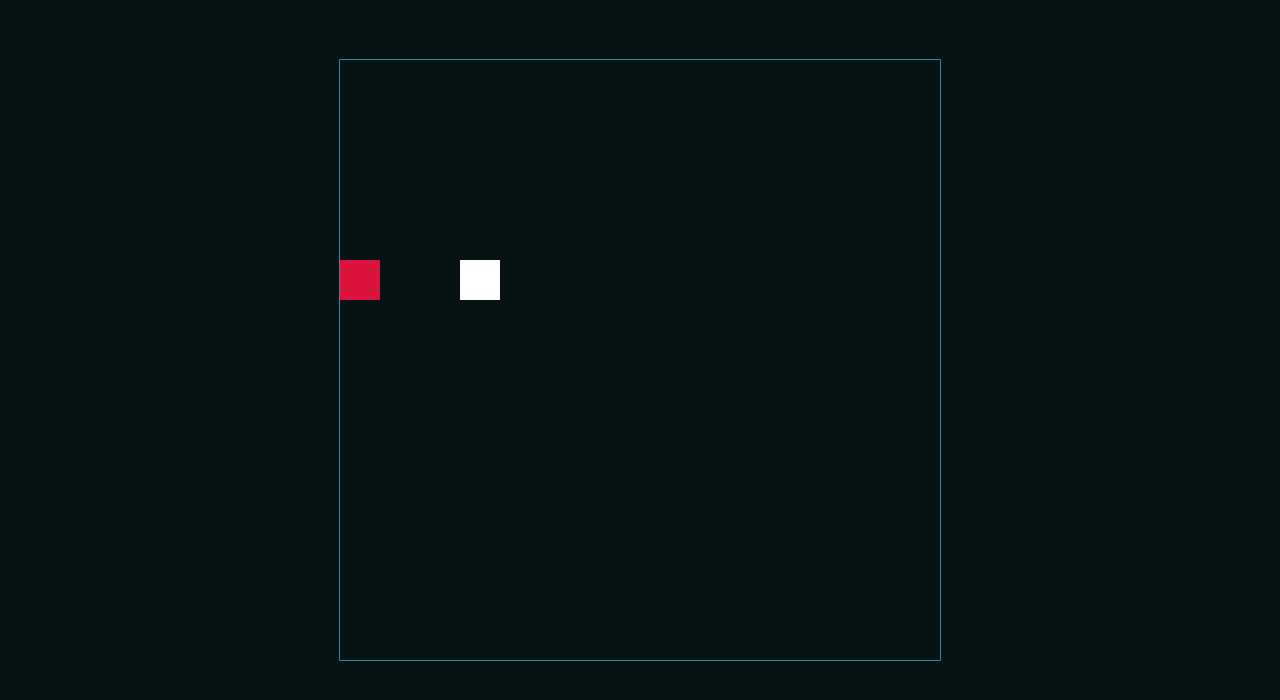
Repository: rehans-Life/linkedlist-snake-game
Page: /
These files come from the project's save history. The page is drawn as it stood at one moment and after the next save; the edit follows.
The browser window is 1280 px wide. The pictures show the whole page.
The project was rebuilt for these pictures with package versions that can differ from the ones it lists, and the page was loaded fresh each time. The framework's server and built-in components were replaced by stand-ins that run in the browser. Also part of the build but not shown: next.config.js.

Above is the page before, as saved 2023-04-16 01:49:02.

### pages/index.js
import Head from "next/head";
import styles from "../styles/Home.module.css";
import Board from "../components/Board";

export default function Home() {
  return (
    <div className={styles.container}>
      <Head>
        <title>Linked List Snake Game</title>
        <meta name="description" content="linked list snake game" />
        <link rel="icon" href="/favicon.ico" />
      </Head>
      <Board />
    </div>
  );
}

### styles/globals.css
html,
body {
  padding: 0;
  margin: 0;
  font-family: -apple-system, BlinkMacSystemFont, Segoe UI, Roboto, Oxygen,
    Ubuntu, Cantarell, Fira Sans, Droid Sans, Helvetica Neue, sans-serif;
}

a {
  color: inherit;
  text-decoration: none;
}

* {
  box-sizing: border-box;
}

button {
  margin: 0;
  padding: 0;
}

### styles/Home.module.css
.container {
  background-color: rgb(7, 18, 21);
  height: 100vh;
  display: flex;
  align-items: center;
  justify-content: center;
}

.board {
  border: 1px solid rgb(62, 131, 154);
}

.row {
  display: flex;
  align-items: center;
  justify-content: center;
}

.cell {
  width: 40px;
  height: 40px;
}

.snake_cell {
  background-color: green;
}

.food_cell {
  background-color: crimson;
}

.reverse_cell {
  background-color: purple;
}

.head {
  background-color: white;
}

### components/Board.jsx
/* eslint-disable react-hooks/exhaustive-deps */
import React, { useEffect, useState } from "react";
import styles from "../styles/Home.module.css";
import { createBoard, randomIntInIntervel } from "../utils";

const BOARD_SIZE = 10;

// A Class to represent each node of the linked list
class Node {
  constructor(value, row, col) {
    this.value = value;
    this.row = row;
    this.col = col;
    this.next = null;
  }
}

// A class to represent the singly linked list
class SinglyLinkedList {
  constructor(head) {
    let node = new Node(head.value, head.row, head.col);
    this.head = node;
    this.tail = node;
  }
}

const Direction = {
  UP: "UP",
  RIGHT: "RIGHT",
  DOWN: "DOWN",
  LEFT: "LEFT",
};

const reverseDirection = {
  UP: "DOWN",
  RIGHT: "LEFT",
  DOWN: "UP",
  LEFT: "RIGHT",
};

export default function Board() {
  const [board, setBoard] = useState(createBoard(15));

  // A set to store the values of all snake cells intially our snake will be of size
  // one cell and start from the 44th cells.
  const [snakeCells, setSnakeCells] = useState(new Set([80]));

  // A linked list for our snake initally going to have only one node which
  // is at cell 44.
  const [linkedlist, setLinkedList] = useState(
    new SinglyLinkedList({ value: 80, row: 5, col: 4 })
  );

  const [foodCell, setFoodCell] = useState(85);
  const [direction, setDirection] = useState(Direction.RIGHT);

  const [reverseLinkedList, setReverseLinkedList] = useState(false);

  useEffect(() => {
    window.addEventListener("keydown", (e) => {
      handleKeyDown(e.key);
    });
    let gameStartInternal = setInterval(() => {
      setLinkedList((currLinkedList) => moveLinkedList(currLinkedList));
    }, 250);
    return () => {
      clearInterval(gameStartInternal);
    };
  }, [direction, foodCell, snakeCells]);

  useEffect(() => {
    setSnakeCells((currSnakeCells) => moveSnakeCells(currSnakeCells));
  }, [linkedlist]);

  function handleKeyDown(key) {
    const direction = getDirectionFromKey(key);
    if (direction === "") return;
    setDirection(direction);
  }

  const getDirectionFromKey = (key) => {
    if (key === "ArrowUp") return Direction.UP;
    if (key === "ArrowRight") return Direction.RIGHT;
    if (key === "ArrowDown") return Direction.DOWN;
    if (key === "ArrowLeft") return Direction.LEFT;
    return "";
  };

  function moveLinkedList(originalLinkedlist) {
    let linkedList = copyLinkedList(originalLinkedlist);
    let currHead = linkedList.head;
    let newHead = createNewNodeInDirection(board, currHead);

    if (!newHead) {
      setFoodCell(85);
      setDirection(Direction.RIGHT);
      return new SinglyLinkedList({ value: 80, row: 5, col: 4 });
    }

    currHead.next = newHead;
    if (newHead.value === foodCell) {
      if (reverseLinkedList) {
        let reversedLinkedList = createReverseLinkedList(linkedList);
        let newDirection = newReverseDirection(originalLinkedlist.tail);
        setDirection(newDirection);
        while (true) {
          let newFoodCell = randomIntInIntervel(1, board[14][14]);
          if (!snakeCells.has(newFoodCell)) {
            setReverseLinkedList(Math.random() < 0.3);
            setFoodCell(newFoodCell);
            break;
          }
        }
        return { head: reversedLinkedList.head, tail: currHead };
      }

      let growthCell = createNewNodeForGrowth(board, linkedList.tail);
      let temp = linkedList.tail;
      linkedList.tail = growthCell;
      linkedList.tail.next = temp;

      while (true) {
        let newFoodCell = randomIntInIntervel(1, board[14][14]);
        if (!snakeCells.has(newFoodCell)) {
          setReverseLinkedList(Math.random() < 0.3);
          setFoodCell(newFoodCell);
          break;
        }
      }
    }
    return { head: newHead, tail: linkedList.tail.next };
  }

  function newReverseDirection(currHead) {
    let newDirection;
    let nextToHead = currHead.next;

    if (!nextToHead) {
      if (direction === "RIGHT") newDirection = reverseDirection["RIGHT"];
      else if (direction === "LEFT") newDirection = reverseDirection["LEFT"];
      else if (direction === "UP") newDirection = reverseDirection["UP"];
      else newDirection = reverseDirection["DOWN"];
      return newDirection;
    }

    if (direction === "RIGHT") {
      if (nextToHead.col === currHead.col - 1) {
        newDirection = "RIGHT";
      } else {
        newDirection = "LEFT";
      }
    }

    if (direction === "LEFT") {
      if (nextToHead.col === currHead.col + 1) {
        newDirection = "LEFT";
      } else {
        newDirection = "RIGHT";
      }
    }

    if (direction === "UP") {
      if (nextToHead.row === currHead.row + 1) {
        newDirection = "UP";
      } else {
        newDirection = "DOWN";
      }
    }

    if (direction === "DOWN") {
      if (nextToHead.row === currHead.row - 1) {
        newDirection = "DOWN";
      } else {
        newDirection = "UP";
      }
    }
    return newDirection;
  }

  function createReverseLinkedList(linkedList) {
    let tail = linkedList.tail;
    let curr = null;
    let prev = tail;

    while (prev) {
      let temp = prev.next;
      prev.next = curr;
      curr = prev;
      prev = temp;
    }

    return { head: tail, tail: curr };
  }

  function createNewNodeForGrowth(board, currTail) {
    let newTail;
    if (direction === "LEFT")
      newTail = new Node(
        board[currTail.row][currTail.col + 1],
        currTail.row,
        currTail.col + 1
      );
    else if (direction === "RIGHT")
      newTail = new Node(
        board[currTail.row][currTail.col - 1],
        currTail.row,
        currTail.col - 1
      );
    else if (direction === "DOWN") {
      if (currTail.row - 1 < 0) {
        newTail = new Node(
          board[currTail.row + 1][currTail.col],
          currTail.row + 1,
          currTail.col
        );
      } else {
        newTail = new Node(
          board[currTail.row - 1][currTail.col],
          currTail.row - 1,
          currTail.col
        );
      }
    } else if (direction === "UP") {
      if (currTail.row + 1 >= 15) {
        newTail = new Node(
          board[currTail.row - 1][currTail.col],
          currTail.row - 1,
          currTail.col
        );
      } else {
        newTail = new Node(
          board[currTail.row + 1][currTail.col],
          currTail.row + 1,
          currTail.col
        );
      }
    }

    return newTail;
  }

  function createNewNodeInDirection(board, currHead) {
    let newHead = false;
    if (
      direction === "LEFT" &&
      currHead.col - 1 >= 0 &&
      !snakeCells.has(board[currHead.row][currHead.col - 1])
    )
      newHead = new Node(
        board[currHead.row][currHead.col - 1],
        currHead.row,
        currHead.col - 1
      );
    else if (
      direction === "RIGHT" &&
      currHead.col + 1 < 15 &&
      !snakeCells.has(board[currHead.row][currHead.col + 1])
    )
      newHead = new Node(
        board[currHead.row][currHead.col + 1],
        currHead.row,
        currHead.col + 1
      );
    else if (
      direction === "DOWN" &&
      currHead.row + 1 < 15 &&
      !snakeCells.has(board[currHead.row + 1][currHead.col])
    )
      newHead = new Node(
        board[currHead.row + 1][currHead.col],
        currHead.row + 1,
        currHead.col
      );
    else if (
      direction === "UP" &&
      currHead.row - 1 >= 0 &&
      !snakeCells.has(board[currHead.row - 1][currHead.col])
    )
      newHead = new Node(
        board[currHead.row - 1][currHead.col],
        currHead.row - 1,
        currHead.col
      );
    return newHead;
  }

  function copyLinkedList(linkedList) {
    let node = linkedList.tail;
    let newNode = new Node(node.value, node.row, node.col);
    let newTail = newNode;
    while (node.next) {
      let next = node.next;
      let newNext = new Node(next.value, next.row, next.col);
      node = next;
      newNode.next = newNext;
      newNode = newNext;
    }
    return {
      head: newNode,
      tail: newTail,
    };
  }

  function moveSnakeCells() {
    let movedSnake = [];
    let node = linkedlist.tail;

    while (node) {
      movedSnake.push(node.value);
      node = node.next;
    }
    movedSnake.reverse();
    return new Set(movedSnake);
  }

  return (
    <div className={styles.board}>
      {board.map((row, i) => (
        <div key={i} className={styles.row}>
          {row.map((value, j) => (
            <div
              key={j}
              className={`${styles.cell} ${
                linkedlist.head.value === value
                  ? styles.head
                  : snakeCells.has(value)
                  ? styles.snake_cell
                  : reverseLinkedList && value === foodCell
                  ? styles.reverse_cell
                  : value === foodCell
                  ? styles.food_cell
                  : ""
              }`}
            ></div>
          ))}
        </div>
      ))}
    </div>
  );
}

### utils.js
export const randomIntInIntervel = (max, min) => {
  return Math.floor(Math.random() * (max - min + 1)) + min;
};

export const createBoard = (board_size) => {
  // All the cells which have a certain value assigned to them
  let board = [];
  let counter = 1;
  for (let i = 0; i < board_size; i++) {
    let row = [];
    for (let j = 0; j < board_size; j++) row.push(counter++);
    board.push(row);
  }
  return board;
};

Loaded but not shown: pages/_app.js (common file)

After the next save:
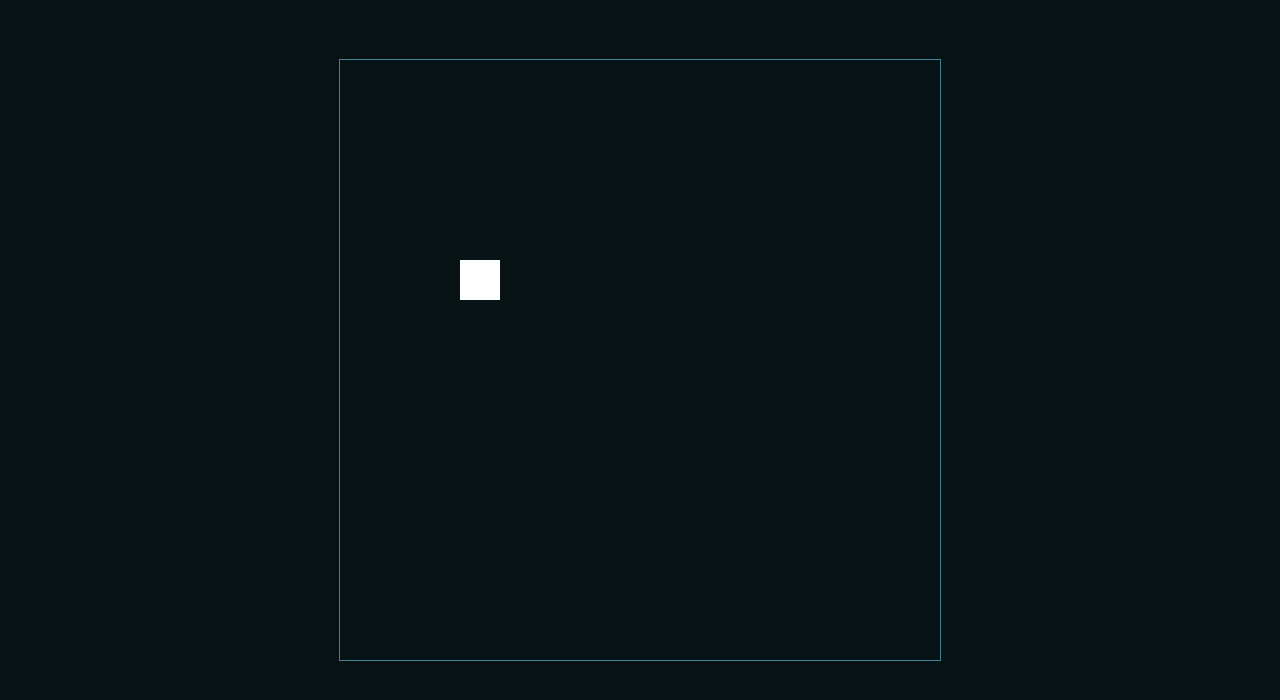
Saved 3 min 27 s later.
--- a/styles/Home.module.css
+++ b/styles/Home.module.css
@@ -25,8 +25,8 @@
   background-color: green;
 }
 
-.food_cell {
-  background-color: crimson;
+.food_cell::before {
+  content: "";
 }
 
 .reverse_cell {
